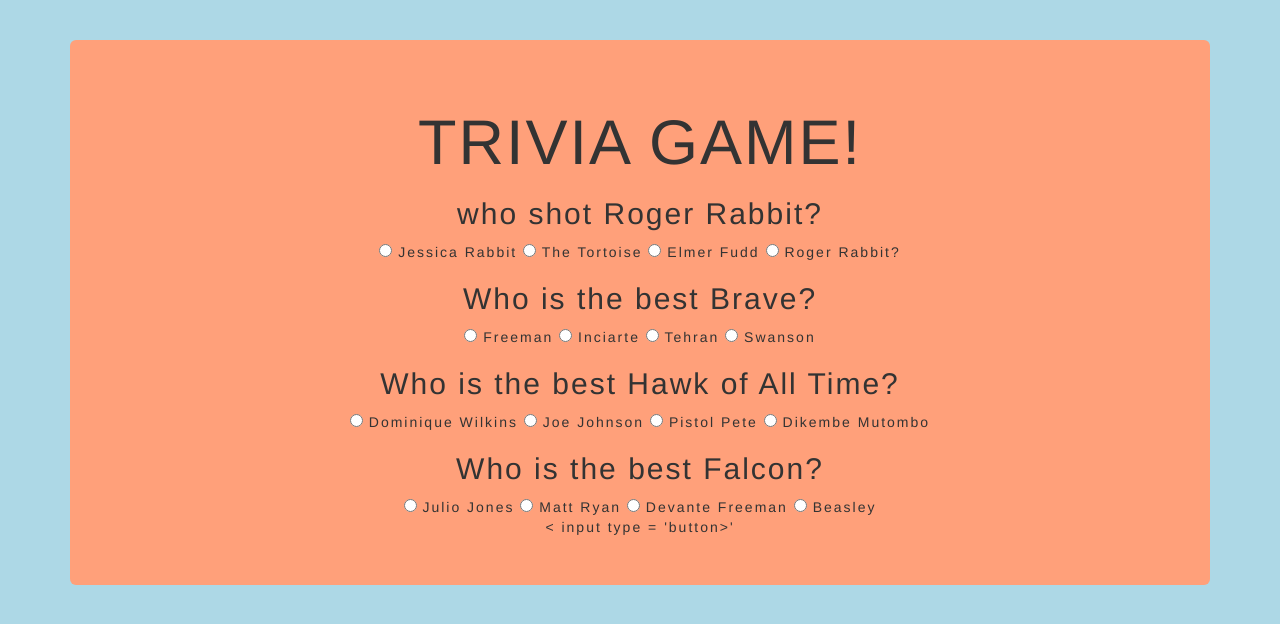
Repository: phiniezyc/TriviaGame
Page: index.html
The author's editor kept a copy of each file at every save. The page is drawn from the files as they stood at one save, then again after a run of saves.
The browser window is 1280 px wide. The pictures show the whole page.
After loading, the first visible `#startGameButton` was clicked once.
Some web libraries are served in a nearby version.

Above is the page before, as saved 2017-09-14 00:46:18.

After the next 4 saves:
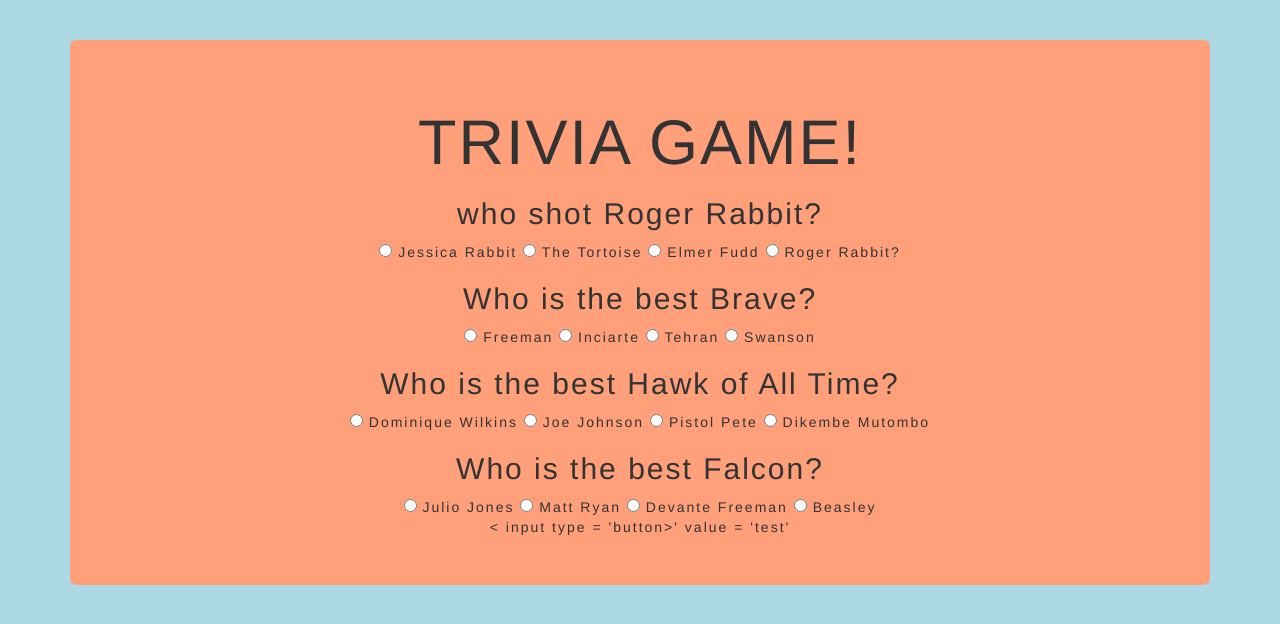
The 4 saves are shown as one change because they came seconds apart.
The last was saved 14 s later.
--- a/assets/javascript/app.js
+++ b/assets/javascript/app.js
@@ -7,7 +7,7 @@
             $("#questionSection").append("<input type = 'radio' name= 'questionsToAsk" + i + " 'value' " + questions[i].answers[j] + "'>" + questions[i].answers[j])
         }
     }
-    $("#questionSection").after("< input type = 'button>' ")
+    $("#questionSection").after("< input type = 'button>' value = 'test'")
 });
 
 var questions = [{
